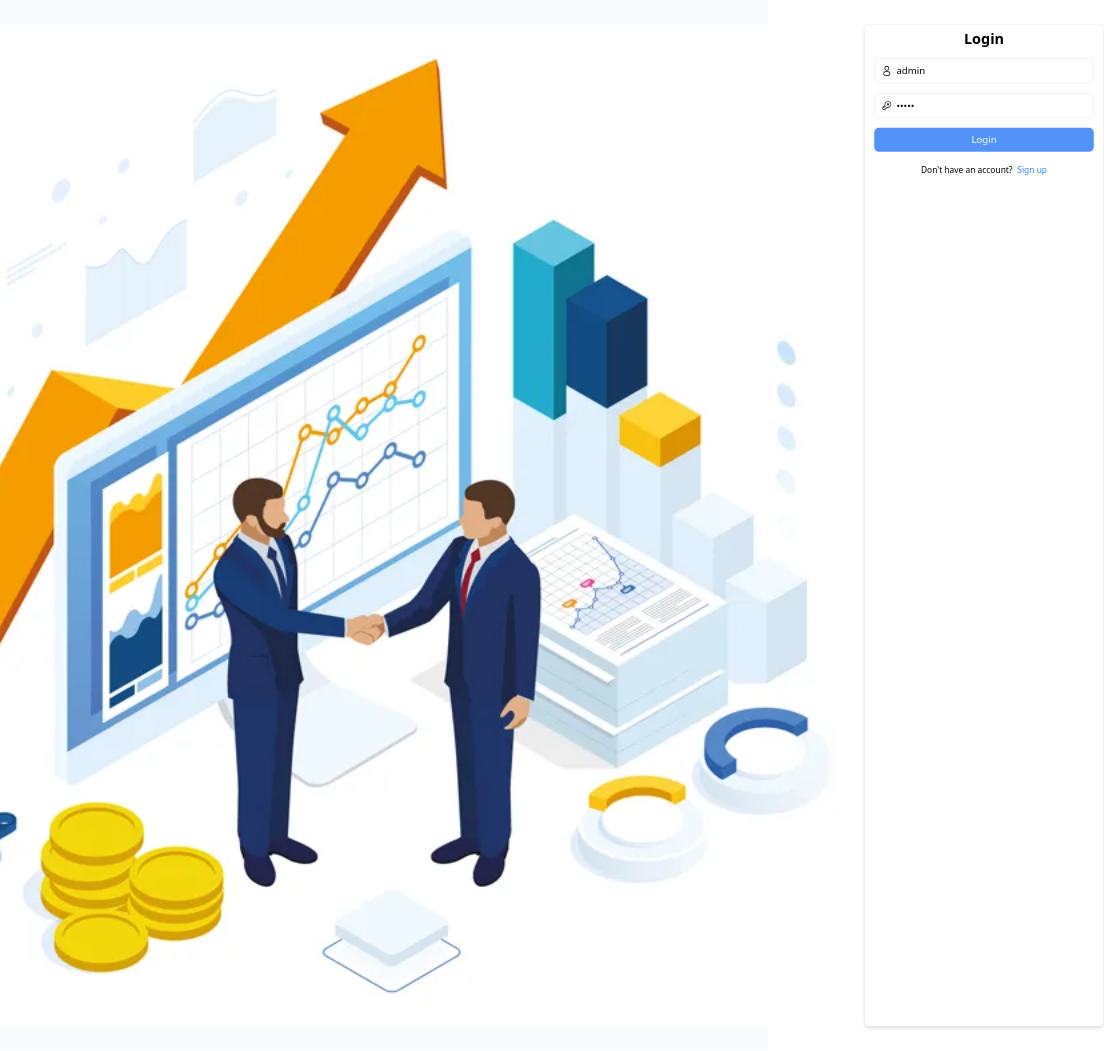
Repository: Fortivera/yourestate
Page: /
An editor plug-in stored every save of this project. The page is shown before and after the next save, followed by the edit.
The browser window is 1280 px wide. The page is 1840 px wide, then 1340 px, so the pictures cover 1840 px, including what lies to the right of the window. The pictures show the whole page, at 60% of full size.
The project was rebuilt for these pictures with package versions that can differ from the ones it lists, and the page was loaded fresh each time. The framework's server and built-in components were replaced by stand-ins that run in the browser. Also part of the build but not shown: next.config.js.

Above is the page before, as saved 2023-11-02 14:29:57.

After the next save:
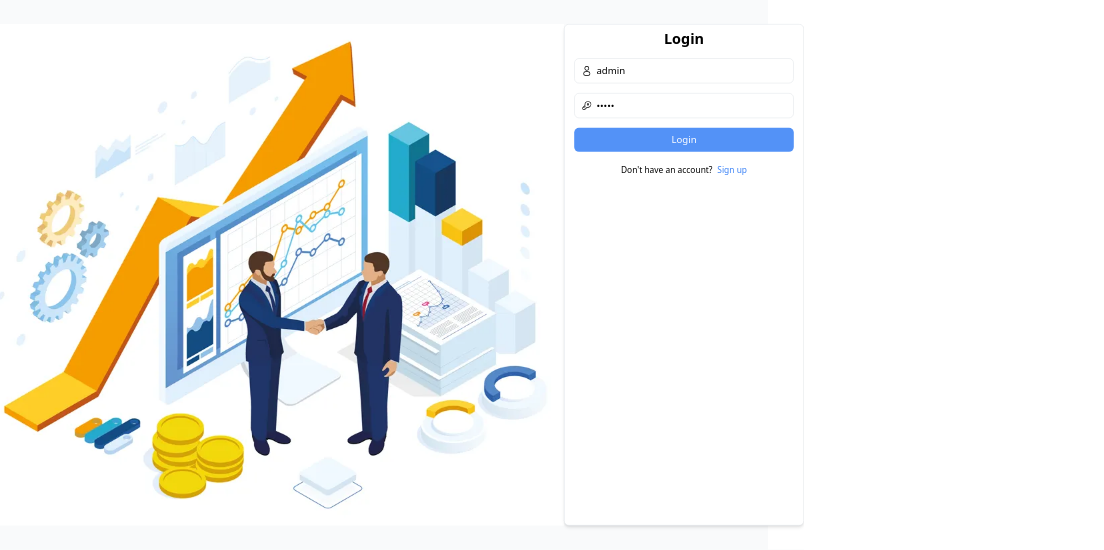
Saved 9 s later.
--- a/src/app/page.tsx
+++ b/src/app/page.tsx
@@ -8,7 +8,7 @@ export default function Login() {
     <div className="min-h-screen bg-gray-50 flex items-center justify-center">
       <div className="flex justify-center w-full px-4 py-10 tablet:w-[540px] laptop:w-full">
         <div className="flex laptop:flex-row tablet:flex-col mobile:flex-col">
-          <figure className=" w-[2000px]  ">
+          <figure className=" w-[1000px]  ">
             <Image src="/static/growth.jpg" alt="login page picture" layout="responsive" width={500} height={700} className={""} />
           </figure>
           <div className="w-[400px] px-4 pb-8 pt-2 bg-white border rounded-lg shadow-md">
